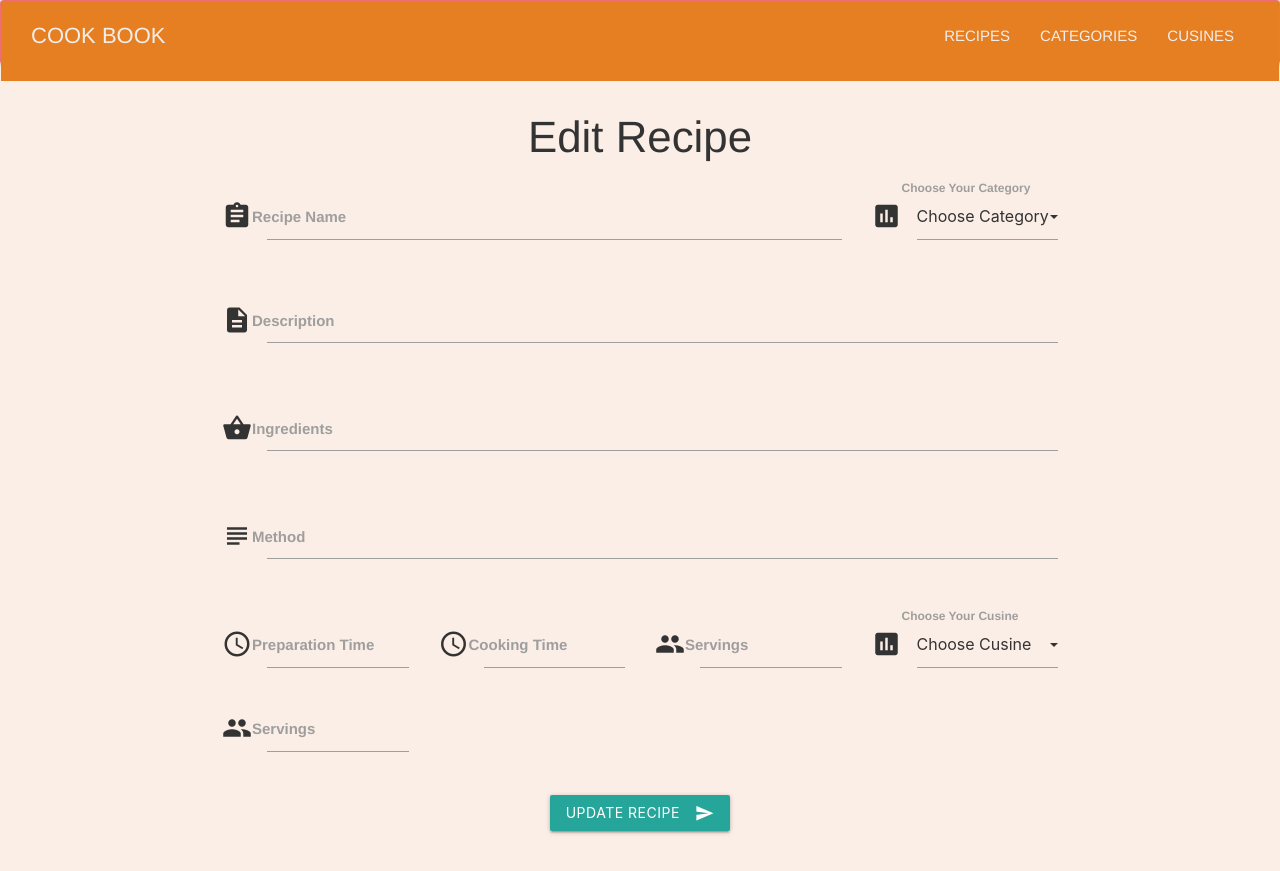
Repository: atena123/COOK-BOOK
Page: templates/edit_recipe.html
The author's editor kept a record of every edit. The page is drawn from the files as they stood at one moment, then again after the next edit.
The browser window is 1280 px wide. The pictures show the whole page.
Some web libraries are served in a nearby version. The page is served by the project's application, run on Flask 3 (app.py). The template is opened directly, without the code that normally fills it, so the values that code supplies are empty.

Above is the page before.

After the next edit:
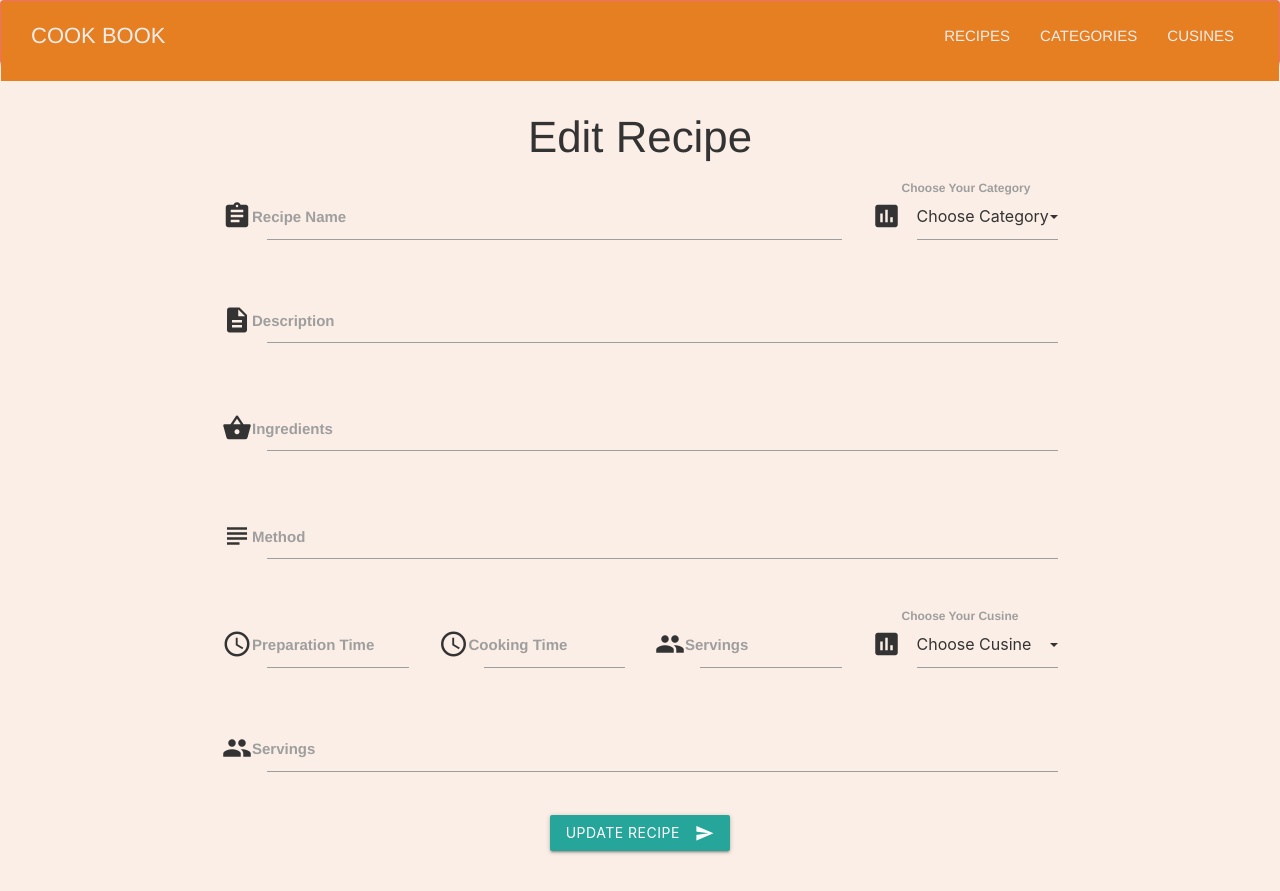
The edit:
--- a/templates/edit_recipe.html
+++ b/templates/edit_recipe.html
@@ -78,8 +78,10 @@
                     </select>
                     <label>Choose Your Cusine</label>
                 </div>
+            </div>
 
-                <div class="input-field col-md-3 col-xs-6">
+            <div class="row">
+                <div class="input-field col-md-12">
                 <i class="material-icons prefix">group</i>
                 <input id="recipe_servings" name="recipe_servings" type="text" class="validate" value="{{recipe.recipe_servings}}">
                 <label for="icon_prefix">Servings</label>
